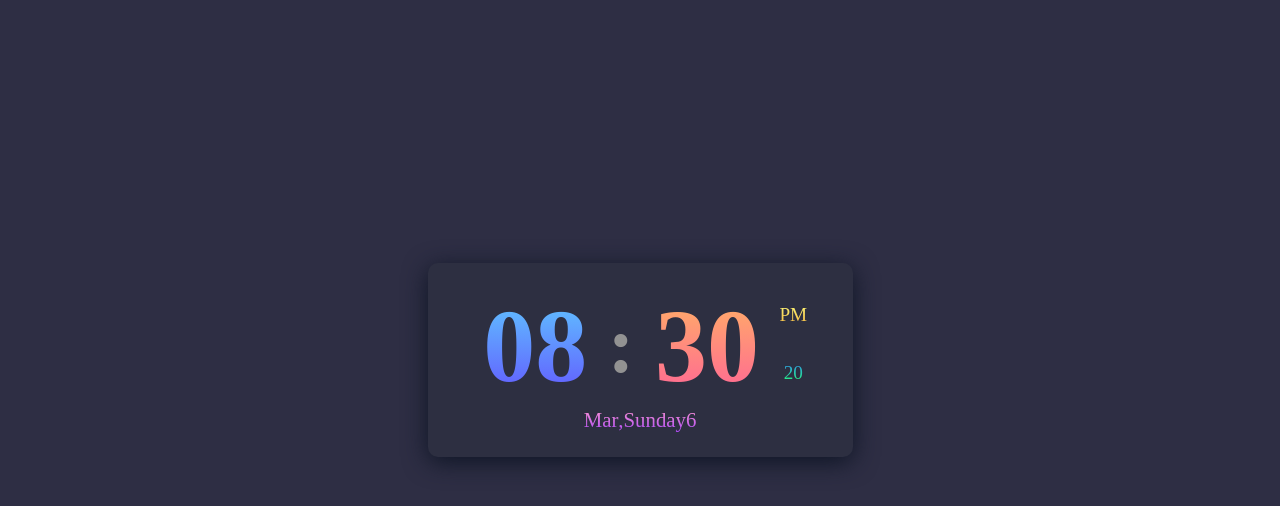
Repository: QUANGTHAI2003/digital-clock
Page: index.html
These files come from the project's save history. The page is drawn as it stood at one moment and after the next save; the edit follows.
The browser window is 1280 px wide. The pictures show the whole page.

Above is the page before, as saved 2022-03-26 20:11:21.

### index.html
<!DOCTYPE html>
<html lang="en">
    <head>
        <meta charset="UTF-8" />
        <meta http-equiv="X-UA-Compatible" content="IE=edge" />
        <meta name="viewport" content="width=device-width, initial-scale=1.0" />
        <title>Digital-Clock</title>
        <link rel="stylesheet" href="style.css" />
        <link rel="stylesheet" href="https://unicons.iconscout.com/release/v4.0.0/css/line.css" />
    </head>
    <body>
        <div class="digital-clock">
            <div class="time">
                <span class="hour">08</span>
                <span class="dots">:</span>
                <span class="minutes">30</span>
                <div class="right-side">
                    <span class="period">PM</span>
                    <span class="seconds">20</span>
                </div>
            </div>
            <div class="calendar">
                <span class="month-name">Mar</span>,
                <span class="day-name">Sunday</span>
                <span class="day-number">6</span>
            </div>
        </div>
    </body>
</html>

### style.css
@import url('https://fonts.googleapis.com/css2?family=Poppins:ital,wght@0,100;0,200;0,300;0,400;0,500;0,600;0,700;0,800;0,900;1,100;1,200;1,300;1,400;1,500;1,600;1,700;1,800;1,900&display=swap');

* {
    margin: 0;
    padding: 0;
    box-sizing: border-box;
    font-family: 'Poppins'sans-serif;
}

body {
    min-height: 100vh;
    display: flex;
    justify-content: center;
    align-items: center;
    background: #2e2e44;
}

.digital-clock {
    position: relative;
    color: #fff;
    background: #2d2f41;
    width: 425px;
    padding: 20px 45px;
    box-shadow: 0 5px 25px rgba(14, 21, 37, 08);
    border-radius: 10px;
    display: flex;
    justify-content: center;
    align-items: center;
    flex-direction: column;
}

.time {
    position: relative;
    display: flex;
    justify-content: center;
    align-items: center;
}

.hour,
.dots,
.minutes {
    display: flex;
    justify-content: center;
    align-items: center;
    font-weight: 600;
    padding: 0 10px;
    line-height: 125px;
}

.hour,
.minutes {
    font-size: 6.5em;
    width: 125px;
}

.dots {
    font-size: 5em;
    color: #929292;
}

.hour {
    background: -webkit-linear-gradient(90deg, #634dff, #5fd4ff);
    -webkit-text-fill-color: transparent;
    -webkit-background-clip: text;
}

.minutes {
    background: -webkit-linear-gradient(90deg, #ff5e9a, #ffb960);
    -webkit-text-fill-color: transparent;
    -webkit-background-clip: text;
}

.right-side {
    position: relative;
    display: flex;
    justify-content: center;
    align-items: center;
    flex-direction: column;
    margin-left: 10px;
}

.period,
.seconds {
    font-size: 1.2em;
    font-weight: 500;
}

.period {
    transform: translateY(-20px);
    background: -webkit-linear-gradient(90deg, #f7b63f, #faf879);
    -webkit-text-fill-color: transparent;
    -webkit-background-clip: text;
}

.seconds {
    transform: translateY(16px);
    background: -webkit-linear-gradient(90deg, #24ff6d, #2f93f1);
    -webkit-text-fill-color: transparent;
    -webkit-background-clip: text;
}

.calendar {
    display: flex;
    justify-content: center;
    align-items: center;
    font-size: 1.3em;
    font-weight: 500;
    margin-bottom: 5px;
    background: -webkit-linear-gradient(90deg, #ae4af6, #ff98d1);
    -webkit-text-fill-color: transparent;
    -webkit-background-clip: text;
}

After the next save:
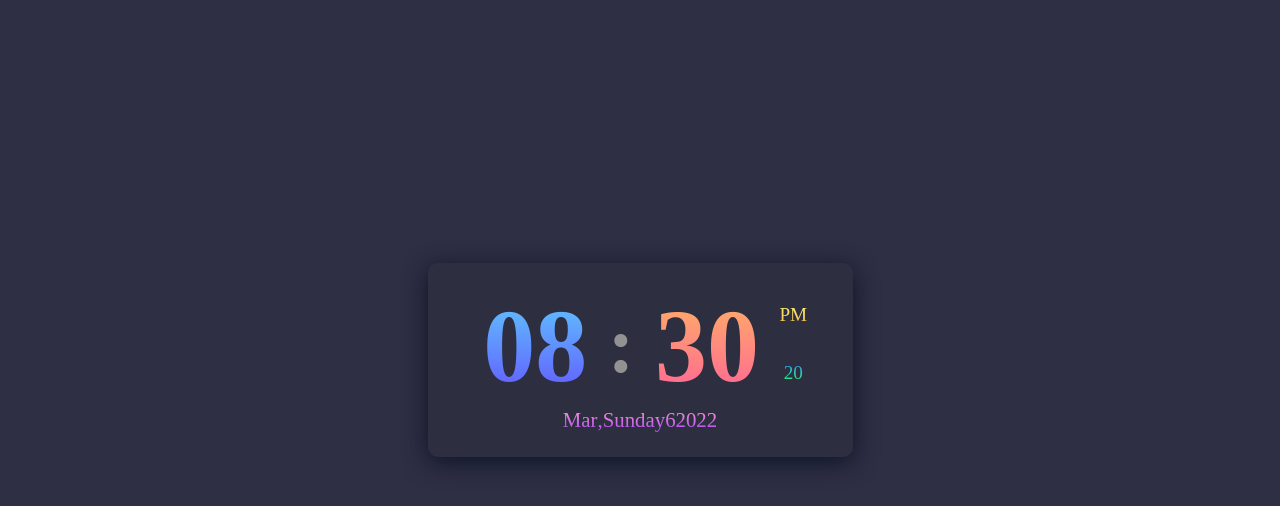
Saved 53 s later.
--- a/index.html
+++ b/index.html
@@ -23,6 +23,7 @@
                 <span class="month-name">Mar</span>,
                 <span class="day-name">Sunday</span>
                 <span class="day-number">6</span>
+                <span class="year">2022</span>
             </div>
         </div>
     </body>
